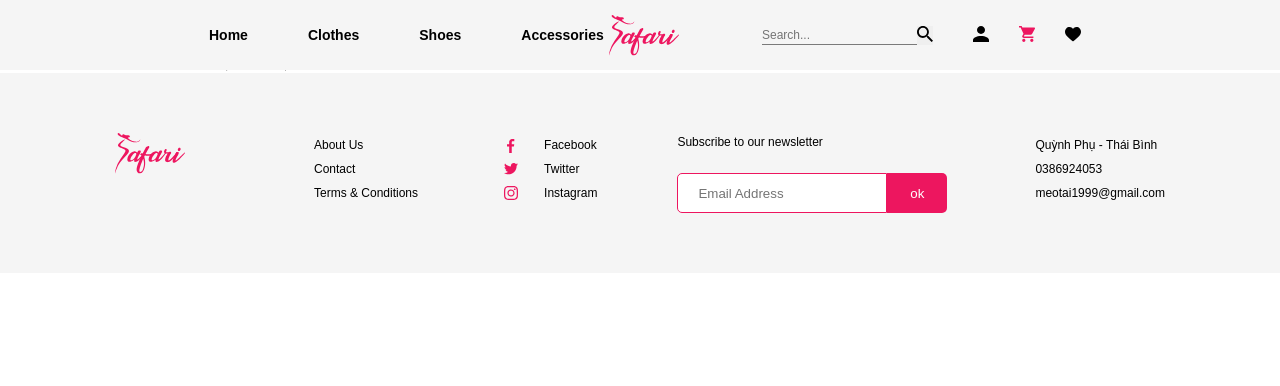
Repository: tboy1999/safari
Page: views/cart.html
These files come from the project's save history. The page is drawn as it stood at one moment and after the next save; the edit follows.
The browser window is 1280 px wide. The pictures show the whole page.
Some web libraries are served in a nearby version. The style sheet was rebuilt from its Sass, Less or Tailwind sources for each picture, by a compiler version that may differ from the author's.

Above is the page before, as saved 2022-04-28 13:10:29.

### views/cart.html
<!DOCTYPE html>
<html lang="en">
<head>
  <meta charset="UTF-8">
  <meta http-equiv="X-UA-Compatible" content="IE=edge">
  <meta name="viewport" content="width=device-width, initial-scale=1.0">
  <title>cart safari</title>
  <link rel="shortcut icon" href="./image/logo/Logo.svg" type="image/x-icon">
  <link rel="preconnect" href="https://fonts.googleapis.com">
  <link rel="preconnect" href="https://fonts.gstatic.com" crossorigin>
  <link rel="stylesheet" href="https://cdnjs.cloudflare.com/ajax/libs/font-awesome/6.1.1/css/all.min.css" integrity="sha512-KfkfwYDsLkIlwQp6LFnl8zNdLGxu9YAA1QvwINks4PhcElQSvqcyVLLD9aMhXd13uQjoXtEKNosOWaZqXgel0g==" crossorigin="anonymous" referrerpolicy="no-referrer" />
  <link rel="stylesheet" href="../css/grid.css">
  <link rel="stylesheet" href="../css/cart.css">
</head>
<body>
  <header id="header" class="header">
    <div class="container">
      <div class="header__container facenter">
        <ul class="header__list facenter fz14-fw600">
          <li class="header__item"><a href="../index.html" class="header__link">Home</a></li>
          <li class="header__item"><a href="./clothes.html" class="header__link">Clothes</a></li>
          <li class="header__item"><a href="./shoes.html" class="header__link">Shoes</a></li>
          <li class="header__item"><a href="./accessories.html" class="header__link">Accessories</a></li>
        </ul>
        <form class="header__search facenter">
          <input type="text" placeholder="Search..." class="fz12">
          <button type="submit"><img src="../image/header/search.svg" alt=""></button>
        </form>
        <div class="header__feature facenter">
          <a href="./user.html">
            <svg width="16" height="16" viewBox="0 0 16 16" fill="inherit" xmlns="http://www.w3.org/2000/svg">
            <path d="M8 0C9.06087 0 10.0783 0.421427 10.8284 1.17157C11.5786 1.92172 12 2.93913 12 4C12 5.06087 11.5786 6.07828 10.8284 6.82843C10.0783 7.57857 9.06087 8 8 8C6.93913 8 5.92172 7.57857 5.17157 6.82843C4.42143 6.07828 4 5.06087 4 4C4 2.93913 4.42143 1.92172 5.17157 1.17157C5.92172 0.421427 6.93913 0 8 0ZM8 10C12.42 10 16 11.79 16 14V16H0V14C0 11.79 3.58 10 8 10Z"/>
            </svg>
          </a>
          <a href="#" class="header__feature--active">
            <svg width="16" height="16" viewBox="0 0 16 16" fill="inherit" xmlns="http://www.w3.org/2000/svg">
              <path d="M12.8 12.8C11.912 12.8 11.2 13.512 11.2 14.4C11.2 14.8243 11.3686 15.2313 11.6686 15.5314C11.9687 15.8314 12.3757 16 12.8 16C13.2243 16 13.6313 15.8314 13.9314 15.5314C14.2314 15.2313 14.4 14.8243 14.4 14.4C14.4 13.9757 14.2314 13.5687 13.9314 13.2686C13.6313 12.9686 13.2243 12.8 12.8 12.8ZM0 0V1.6H1.6L4.48 7.672L3.392 9.632C3.272 9.856 3.2 10.12 3.2 10.4C3.2 10.8243 3.36857 11.2313 3.66863 11.5314C3.96869 11.8314 4.37565 12 4.8 12H14.4V10.4H5.136C5.08296 10.4 5.03209 10.3789 4.99458 10.3414C4.95707 10.3039 4.936 10.253 4.936 10.2C4.936 10.16 4.944 10.128 4.96 10.104L5.68 8.8H11.64C12.24 8.8 12.768 8.464 13.04 7.976L15.904 2.8C15.96 2.672 16 2.536 16 2.4C16 2.18783 15.9157 1.98434 15.7657 1.83431C15.6157 1.68429 15.4122 1.6 15.2 1.6H3.368L2.616 0H0ZM4.8 12.8C3.912 12.8 3.2 13.512 3.2 14.4C3.2 14.8243 3.36857 15.2313 3.66863 15.5314C3.96869 15.8314 4.37565 16 4.8 16C5.22435 16 5.63131 15.8314 5.93137 15.5314C6.23143 15.2313 6.4 14.8243 6.4 14.4C6.4 13.9757 6.23143 13.5687 5.93137 13.2686C5.63131 12.9686 5.22435 12.8 4.8 12.8Z"/>
            </svg>
          </a>
          <a href="#">
            <svg width="16" height="15" viewBox="0 0 16 15" fill="inherit"
            xmlns="http://www.w3.org/2000/svg">
              <path d="M14.7307 1.39307C13.9025 0.494751 12.766 0 11.5304 0C10.6068 0 9.76099 0.291992 9.01636 0.867798C8.64062 1.15845 8.30017 1.51404 8 1.92908C7.69995 1.51416 7.35938 1.15845 6.98352 0.867798C6.23901 0.291992 5.39319 0 4.4696 0C3.23401 0 2.09741 0.494751 1.26917 1.39307C0.450806 2.28088 0 3.49377 0 4.80847C0 6.16162 0.504272 7.40027 1.58691 8.70667C2.55542 9.87524 3.94739 11.0615 5.55933 12.4352C6.10974 12.9043 6.73364 13.436 7.38147 14.0024C7.55261 14.1523 7.77222 14.2349 8 14.2349C8.22766 14.2349 8.44739 14.1523 8.61829 14.0027C9.26611 13.4362 9.89038 12.9042 10.441 12.4348C12.0527 11.0614 13.4447 9.87524 14.4132 8.70654C15.4958 7.40027 16 6.16162 16 4.80835C16 3.49377 15.5492 2.28088 14.7307 1.39307Z"/>
            </svg>
          </a>
        </div>
        <div class="header__logo">
          <a href="../index.html"><img src="../image/logo/Logo.svg" alt=""></a>
        </div>
      </div>
    </div>
  </header>

  <main id="cart" class="cart">
    <div class="container">
      <h1 class="cart__heading fz24">Shopping Cart (2 item)</h1>
      <table>
        <thead>
          <tr>
            <th>ITEM DESCRIPTION</th>
            <th>QUANTITY</th>
            <th>UNIT PRICE</th>
            <th>SUB TOTAL</th>
          </tr>
        </thead>
        <tbody>
          <tr>
            <td></td>
            <td>1</td>
            <td>₦10,000</td>
            <td>₦10,000</td>
          </tr>
          <tr>
            <td></td>
            <td>1</td>
            <td>₦10,000</td>
            <td>₦10,000</td>
          </tr>
        </tbody>
      </table>
    </div>
  </main>
  <footer class="footer">
    <div class="container">
      <div class="footer__container d-flex fz12">
        <div class="footer__logo">
          <a href="../index.html"><img src="../image/logo/Logo.svg" alt=""></a>
        </div>
        <div class="footer__body d-flex gap80">
          <ul class="footer__pages">
            <li class="footer__item fz12"><a href="#">About Us</a></li>
            <li class="footer__item fz12"><a href="#">Contact</a></li>
            <li class="footer__item fz12"><a href="#">Terms & Conditions</a></li>
          </ul>
          <ul class="footer__networks">
            <li class="footer__item facenter gap20">
              <div class="footer__icon flex-center">
                <a href="#" class="facenter"><img src="../image/footer/fb.svg" alt=""></a>
              </div>
              <p><a href="#">Facebook</a></p>
            </li>
            <li class="footer__item facenter gap20">
              <div class="footer__icon flex-center">
                <a href="#" class="facenter"><img src="../image/footer/twitter.svg" alt=""></a>
              </div>
              <p><a href="#">Twitter</a></p>
            </li>
            <li class="footer__item facenter gap20">
              <div class="footer__icon flex-center">
                <a href="#" class="facenter"><img src="../image/footer/instagram.svg" alt=""></a>
              </div>
              <p><a href="#">Instagram</a></p>
            </li>
          </ul>
          <div class="footer__input">
            <p>Subscribe to our newsletter</p>
            <form action="" class="facenter footer__form">
              <input type="text" placeholder="Email Address">
              <button type="submit">ok</button>
            </form>
          </div>
        </div>
        <div class="footer__info">
          <p>Quỳnh Phụ - Thái Bình</p>
          <p>0386924053</p>
          <p>meotai1999@gmail.com</p>
        </div>
      </div>
    </div>
  </footer>
</body>
</html>

### css/grid.css
.container {
    width: 100%;
    display: block;
    padding: 0 15px;
    max-width: 1470px;
    margin: 0 auto;
}
.row {
    display: flex;
    flex-wrap: wrap;
}

.row.no-gutters {
    margin-left: 0;
    margin-right: 0;
}
.row.no-gutters .col {
    padding-left: 0;
    padding-right: 0;
}
@media screen and (max-width: 575.98px) {

    .row {
        margin-left: -4px;
        margin-right: -4px;
    }


    .col {
        padding-left: 4px;
        padding-right: 4px;
    }


    .xs-0 {
        display: none;
    }

    .xs-1 {
        flex: 0 0 8.33333%;
        max-width: 8.33333%;
    }

    .xs-2 {
        flex: 0 0 16.66667%;
        max-width: 16.66667%;
    }

    .xs-3 {
        flex: 0 0 25%;
        max-width: 25%;
    }

    .xs-4 {
        flex: 0 0 33.33333%;
        max-width: 33.33333%;
    }

    .xs-5 {
        flex: 0 0 41.66667%;
        max-width: 41.66667%;
    }

    .xs-6 {
        flex: 0 0 50%;
        max-width: 50%;
    }

    .xs-7 {
        flex: 0 0 58.33333%;
        max-width: 58.33333%;
    }

    .xs-8 {
        flex: 0 0 66.66667%;
        max-width: 66.66667%;
    }

    .xs-9 {
        flex: 0 0 75%;
        max-width: 75%;
    }

    .xs-10 {
        flex: 0 0 83.33333%;
        max-width: 83.33333%;
    }

    .xs-11 {
        flex: 0 0 91.66667%;
        max-width: 91.66667%;
    }

    .xs-12 {
        flex: 0 0 100%;
        max-width: 100%;
    }

    .xs-o-1 {
        margin-left: 8.33333%;
    }

    .xs-o-2 {
        margin-left: 16.66667%;
    }

    .xs-o-3 {
        margin-left: 25%;
    }

    .xs-o-4 {
        margin-left: 33.33333%;
    }

    .xs-o-5 {
        margin-left: 41.66667%;
    }

    .xs-o-6 {
        margin-left: 50%;
    }

    .xs-o-7 {
        margin-left: 58.33333%;
    }

    .xs-o-8 {
        margin-left: 66.66667%;
    }

    .xs-o-9 {
        margin-left: 75%;
    }

    .xs-o-10 {
        margin-left: 83.33333%;
    }

    .xs-o-11 {
        margin-left: 91.66667%;
    }
}



@media (min-width: 576px) and (max-width: 767.98px) {
    .row {
        margin-left: -6px;
        margin-right: -6px;
    }
    .col {
        padding-left: 6px;
        padding-right: 6px;
    }
    .sm-0 {
        display: none;
    }
    .sm-1,
    .sm-2,
    .sm-3,
    .sm-4,
    .sm-5,
    .sm-6,
    .sm-7,
    .sm-8,
    .sm-9,
    .sm-10,
    .sm-11,
    .sm-12 {
        display: block;
    }
    .sm-1 {
        flex: 0 0 8.33333%;
        max-width: 8.33333%;
    }
    .sm-2 {
        flex: 0 0 16.66667%;
        max-width: 16.66667%;
    }
    .sm-3 {
        flex: 0 0 25%;
        max-width: 25%;
    }
    .sm-4 {
        flex: 0 0 33.33333%;
        max-width: 33.33333%;
    }
    .sm-5 {
        flex: 0 0 41.66667%;
        max-width: 41.66667%;
    }
    .sm-6 {
        flex: 0 0 50%;
        max-width: 50%;
    }
    .sm-7 {
        flex: 0 0 58.33333%;
        max-width: 58.33333%;
    }
    .sm-8 {
        flex: 0 0 66.66667%;
        max-width: 66.66667%;
    }
    .sm-9 {
        flex: 0 0 75%;
        max-width: 75%;
    }
    .sm-10 {
        flex: 0 0 83.33333%;
        max-width: 83.33333%;
    }
    .sm-11 {
        flex: 0 0 91.66667%;
        max-width: 91.66667%;
    }
    .sm-12 {
        flex: 0 0 100%;
        max-width: 100%;
    }
    .sm-o-1 {
        margin-left: 8.33333%;
    }
    .sm-o-2 {
        margin-left: 16.66667%;
    }
    .sm-o-3 {
        margin-left: 25%;
    }
    .sm-o-4 {
        margin-left: 33.33333%;
    }
    .sm-o-5 {
        margin-left: 41.66667%;
    }
    .sm-o-6 {
        margin-left: 50%;
    }
    .sm-o-7 {
        margin-left: 58.33333%;
    }
    .sm-o-8 {
        margin-left: 66.66667%;
    }
    .sm-o-9 {
        margin-left: 75%;
    }
    .sm-o-10 {
        margin-left: 83.33333%;
    }
    .sm-o-11 {
        margin-left: 91.66667%;
    }
}

/* >= Tablet */

@media (min-width: 768px) and (max-width: 1023.98px) {
    .container {
        width: 644px;
    }
    .row {
        margin-left: -8px;
        margin-right: -8px;
    }
    .col {
        padding-left: 8px;
        padding-right: 8px;
    }
    .md-0 {
        display: none;
    }
    .md-1,
    .md-2,
    .md-3,
    .md-4,
    .md-5,
    .md-6,
    .md-7,
    .md-8,
    .md-9,
    .md-10,
    .md-11,
    .md-12 {
        display: block;
    }
    .md-1 {
        flex: 0 0 8.33333%;
        max-width: 8.33333%;
    }
    .md-2 {
        flex: 0 0 16.66667%;
        max-width: 16.66667%;
    }
    .md-3 {
        flex: 0 0 25%;
        max-width: 25%;
    }
    .md-4 {
        flex: 0 0 33.33333%;
        max-width: 33.33333%;
    }
    .md-5 {
        flex: 0 0 41.66667%;
        max-width: 41.66667%;
    }
    .md-6 {
        flex: 0 0 50%;
        max-width: 50%;
    }
    .md-7 {
        flex: 0 0 58.33333%;
        max-width: 58.33333%;
    }
    .md-8 {
        flex: 0 0 66.66667%;
        max-width: 66.66667%;
    }
    .md-9 {
        flex: 0 0 75%;
        max-width: 75%;
    }
    .md-10 {
        flex: 0 0 83.33333%;
        max-width: 83.33333%;
    }
    .md-11 {
        flex: 0 0 91.66667%;
        max-width: 91.66667%;
    }
    .md-12 {
        flex: 0 0 100%;
        max-width: 100%;
    }
    .md-o-1 {
        margin-left: 8.33333%;
    }
    .md-o-2 {
        margin-left: 16.66667%;
    }
    .md-o-3 {
        margin-left: 25%;
    }
    .md-o-4 {
        margin-left: 33.33333%;
    }
    .md-o-5 {
        margin-left: 41.66667%;
    }
    .md-o-6 {
        margin-left: 50%;
    }
    .md-o-7 {
        margin-left: 58.33333%;
    }
    .md-o-8 {
        margin-left: 66.66667%;
    }
    .md-o-9 {
        margin-left: 75%;
    }
    .md-o-10 {
        margin-left: 83.33333%;
    }
    .md-o-11 {
        margin-left: 91.66667%;
    }
}

/* > PC low resolution */

@media (min-width: 1024px) and (max-width: 1279.98px) {
    .container {
        width: 984px;
    }
    .row {
        margin-left: -12px;
        margin-right: -12px;
    }
    .col {
        padding-left: 12px;
        padding-right: 12px;
    }
    .lg-0 {
        display: none;
    }
    .lg-1,
    .lg-2,
    .lg-2-4,
    .lg-3,
    .lg-4,
    .lg-5,
    .lg-6,
    .lg-7,
    .lg-8,
    .lg-9,
    .lg-10,
    .lg-11,
    .lg-12 {
        display: block;
    }
    .lg-1 {
        flex: 0 0 8.33333%;
        max-width: 8.33333%;
    }
    .lg-2 {
        flex: 0 0 16.66667%;
        max-width: 16.66667%;
    }
    .lg-2-4 {
        flex: 0 0 20%;
        max-width: 20%;
    }
    .lg-3 {
        flex: 0 0 25%;
        max-width: 25%;
    }
    .lg-4 {
        flex: 0 0 33.33333%;
        max-width: 33.33333%;
    }
    .lg-5 {
        flex: 0 0 41.66667%;
        max-width: 41.66667%;
    }
    .lg-6 {
        flex: 0 0 50%;
        max-width: 50%;
    }
    .lg-7 {
        flex: 0 0 58.33333%;
        max-width: 58.33333%;
    }
    .lg-8 {
        flex: 0 0 66.66667%;
        max-width: 66.66667%;
    }
    .lg-9 {
        flex: 0 0 75%;
        max-width: 75%;
    }
    .lg-10 {
        flex: 0 0 83.33333%;
        max-width: 83.33333%;
    }
    .lg-11 {
        flex: 0 0 91.66667%;
        max-width: 91.66667%;
    }
    .lg-12 {
        flex: 0 0 100%;
        max-width: 100%;
    }
    .lg-o-1 {
        margin-left: 8.33333%;
    }
    .lg-o-2 {
        margin-left: 16.66667%;
    }
    .lg-o-3 {
        margin-left: 25%;
    }
    .lg-o-4 {
        margin-left: 33.33333%;
    }
    .lg-o-5 {
        margin-left: 41.66667%;
    }
    .lg-o-6 {
        margin-left: 50%;
    }
    .lg-o-7 {
        margin-left: 58.33333%;
    }
    .lg-o-8 {
        margin-left: 66.66667%;
    }
    .lg-o-9 {
        margin-left: 75%;
    }
    .lg-o-10 {
        margin-left: 83.33333%;
    }
    .lg-o-11 {
        margin-left: 91.66667%;
    }
}


@media (min-width: 1280px) and (max-width: 1535.98px) {
    .container {
        width: 1200px;
    }
    .row {
        margin-left: -12px;
        margin-right: -12px;
    }
    .col {
        padding-left: 12px;
        padding-right: 12px;
    }
    .xl-0 {
        display: none;
    }
    .xl-1,
    .xl-2,
    .xl-2-4,
    .xl-3,
    .xl-4,
    .xl-5,
    .xl-6,
    .xl-7,
    .xl-8,
    .xl-9,
    .xl-10,
    .xl-11,
    .xl-12 {
        display: block;
    }
    .xl-1 {
        flex: 0 0 8.33333%;
        max-width: 8.33333%;
    }
    .xl-2 {
        flex: 0 0 16.66667%;
        max-width: 16.66667%;
    }
    .xl-2-4 {
        flex: 0 0 20%;
        max-width: 20%;
    }
    .xl-3 {
        flex: 0 0 25%;
        max-width: 25%;
    }
    .xl-4 {
        flex: 0 0 33.33333%;
        max-width: 33.33333%;
    }
    .xl-5 {
        flex: 0 0 41.66667%;
        max-width: 41.66667%;
    }
    .xl-6 {
        flex: 0 0 50%;
        max-width: 50%;
    }
    .xl-7 {
        flex: 0 0 58.33333%;
        max-width: 58.33333%;
    }
    .xl-8 {
        flex: 0 0 66.66667%;
        max-width: 66.66667%;
    }
    .xl-9 {
        flex: 0 0 75%;
        max-width: 75%;
    }
    .xl-10 {
        flex: 0 0 83.33333%;
        max-width: 83.33333%;
    }
    .xl-11 {
        flex: 0 0 91.66667%;
        max-width: 91.66667%;
    }
    .xl-12 {
        flex: 0 0 100%;
        max-width: 100%;
    }
    .xl-o-1 {
        margin-left: 8.33333%;
    }
    .xl-o-2 {
        margin-left: 16.66667%;
    }
    .xl-o-3 {
        margin-left: 25%;
    }
    .xl-o-4 {
        margin-left: 33.33333%;
    }
    .xl-o-5 {
        margin-left: 41.66667%;
    }
    .xl-o-6 {
        margin-left: 50%;
    }
    .xl-o-7 {
        margin-left: 58.33333%;
    }
    .xl-o-8 {
        margin-left: 66.66667%;
    }
    .xl-o-9 {
        margin-left: 75%;
    }
    .xl-o-10 {
        margin-left: 83.33333%;
    }
    .xl-o-11 {
        margin-left: 91.66667%;
    }
}

@media (min-width: 1536px) {
    .container {
        width: 1440px;
    }
    .row {
        margin-left: -25px;
        margin-right: -25px;
    }
    .col {
        padding-left: 25px;
        padding-right: 25px;
    }
    .xxl-0 {
        display: none;
    }
    .xxl-1,
    .xxl-2,
    .xxl-2-4,
    .xxl-3,
    .xxl-4,
    .xxl-5,
    .xxl-6,
    .xxl-7,
    .xxl-8,
    .xxl-9,
    .xxl-10,
    .xxl-11,
    .xxl-12 {
        display: block;
    }
    .xxl-1 {
        flex: 0 0 8.33333%;
        max-width: 8.33333%;
    }
    .xxl-2 {
        flex: 0 0 16.66667%;
        max-width: 16.66667%;
    }
    .xxl-2-4 {
        flex: 0 0 20%;
        max-width: 20%;
    }
    .xxl-3 {
        flex: 0 0 25%;
        max-width: 25%;
    }
    .xxl-4 {
        flex: 0 0 33.33333%;
        max-width: 33.33333%;
    }
    .xxl-5 {
        flex: 0 0 41.66667%;
        max-width: 41.66667%;
    }
    .xxl-6 {
        flex: 0 0 50%;
        max-width: 50%;
    }
    .xxl-7 {
        flex: 0 0 58.33333%;
        max-width: 58.33333%;
    }
    .xxl-8 {
        flex: 0 0 66.66667%;
        max-width: 66.66667%;
    }
    .xxl-9 {
        flex: 0 0 75%;
        max-width: 75%;
    }
    .xxl-10 {
        flex: 0 0 83.33333%;
        max-width: 83.33333%;
    }
    .xxl-11 {
        flex: 0 0 91.66667%;
        max-width: 91.66667%;
    }
    .xxl-12 {
        flex: 0 0 100%;
        max-width: 100%;
    }
    .xxl-o-1 {
        margin-left: 8.33333%;
    }
    .xxl-o-2 {
        margin-left: 16.66667%;
    }
    .xxl-o-3 {
        margin-left: 25%;
    }
    .xxl-o-4 {
        margin-left: 33.33333%;
    }
    .xxl-o-5 {
        margin-left: 41.66667%;
    }
    .xxl-o-6 {
        margin-left: 50%;
    }
    .xxl-o-7 {
        margin-left: 58.33333%;
    }
    .xxl-o-8 {
        margin-left: 66.66667%;
    }
    .xxl-o-9 {
        margin-left: 75%;
    }
    .xxl-o-10 {
        margin-left: 83.33333%;
    }
    .xxl-o-11 {
        margin-left: 91.66667%;
    }
}

### scss/cart.scss
@import 'reset';
@import 'variable';
@import 'global';
@import 'alike';
@import 'header';
@import 'footer';

### scss/_reset.scss
* {
  padding: 0;
  margin: 0;
  box-sizing: border-box;
}

html:focus-within {
  scroll-behavior: smooth;
}

a,
button {
  display: block;
  outline: none;
  border: none;
  text-decoration: none;
  color: inherit;
  cursor: pointer;
}

input {
  outline: none;
}

ul {
  list-style-type: none;
}

// img {
//   width: 100%;
//   height: 100%;
//   object-fit: cover;
// }

### scss/_variable.scss
$text-color: #686868;
$primary-color: #ED165F;

$header-background-color: #F5F5F5;
$footer-background-color: #F5F5F5;

### scss/_global.scss
html {
  font-size: 10px;
  line-height: 1;
  scroll-behavior: smooth !important;
}

body {
  font-family: 'Mulish', sans-serif;
}

body .auto-top {
  display: none;
  position: fixed;
  right: 50px;
  top: 50%;
  width: 60px;
  height: 50px;
  border: 1px solid #000000;
  border-radius: 5px;
  animation: autoTop 2s ease-in-out;
  animation-iteration-count: infinite;
}
@keyframes autoTop {
  from {
    transform: translateY(0)
  }
  to {
    transform: translateY(-20px)
  }
}

.facenter {
  display: flex;
  align-items: center;
}

.facb {
  display:flex;
  justify-content: space-between;
  align-items: center;
}

.flex-center {
  display: flex;
  justify-content: center;
  align-items: center;
}

.d-flex {
  display: flex;
  flex-wrap: wrap;
}

.flex-column {
  display: flex;
  flex-direction: column;
}

.gap64 {
  gap: 64px 0
}

.gap80 {
  gap: 0 80px
}

.gap20 {
  gap: 0 20px
}

.gap16 {
  gap: 16px
}
.gap8 {
  gap: 8px
}

### scss/_alike.scss
.fz40 {
  font-weight: 700;
  font-size: 4rem;
  line-height: calc(24/40);
}

.fz30 {
  font-weight: 600;
  font-size: 30px;
}


.fz24 {
  font-weight: 400;
  font-size: 2.4rem;
  line-height: calc(35/24);
}

.fz20 {
  font-weight: 400;
  font-size: 2rem;
  line-height: calc(23/20);
  &-fw800 {
    font-weight: 800;
    font-size: 2rem;
    line-height: calc(23/20);
  }
}

.fz18 {
  font-weight: 800;
  font-size: 1.8rem;
  line-height: calc(24/18);
}

.fz16 {
  font-weight: 600;
  font-size: 1.6rem;
  line-height: calc(18/16);
  color: $text-color;
}

.fz14 {
  font-weight: 400;
  font-size: 1.4rem;
  line-height: calc(18/14);
  &-fw600 {
    font-weight: 600;
    font-size: 1.4rem;
    line-height: calc(18/14);
  }
}

.fz12 {
  font-weight: 400;
  font-size: 1.2rem;
  line-height: calc(18/12);
}

.fz10 {
  font-weight: 700;
  font-size: 1rem;
  line-height: calc(18/10);
}

### scss/_header.scss
.header {
  position: fixed;
  top: 0;
  left: 0;
  right: 0;
  z-index: 99999;
  background-color: $header-background-color;
  &__container {
    height: 70px;
    padding: 0 144px;
  }
  &__list {
    gap: 0 40px;
    flex: 1
  }
  &__search {
    input {
      border:none;
      border-bottom: 1px solid rgba(0, 0, 0, 0.5);
      color: rgba(0, 0, 0, 0.5);
      background-color: inherit;
    }
  }
  &__link {
    padding: 6px 10px;
    transition: all 0.2s linear;
    position: relative;
    &::after {
      content: "";
      position: absolute;
      width: 0;
      left: auto;
      right: 0;
      bottom: 0;
      height: 1px;
      transition: all 0.2s linear;
      background-color: red;
    }
    &:hover {
      color: $primary-color;
      &::after {
        width: 100%;
        right: auto;
        left: 0
      }
    }
    &.header__item--active {
      color: $primary-color;
      font-weight: 800;
      &::after {
        width: 100%;
      }
    }
  }
  &__feature {
    gap: 0 30px;
    margin-left: 40px;
    .header__feature--active {
      fill: $primary-color;
    }
  }
  &__logo {
    position: absolute;
    left: 47.57%;
    right: 47.57%;
    top: 21.43%;
    bottom: 20.93%;
  }
}

### scss/_footer.scss
.footer {
  background-color: $footer-background-color;
  &__container {
    padding: 60px;
  }
  &__pages {
    margin-left: 129px;
    a {
      padding: 3px 0;
    }
  }
  &__networks {
    a {
      padding: 3px 0
    }
  }
  &__icon {
    width: 26px
  }
  &__body {
    flex: 1
  }
  &__form {
    margin-top: 22px;
    width: 270px;
    height: 40px;
    border-radius: 5px;
    input {
      border: 1px solid $primary-color;
      padding: 0 0 0 20px;
      height: inherit;
      flex: 1;
      border-top-left-radius: 5px;
      border-bottom-left-radius: 5px;
    }
    button {
      width: 60px;
      height: inherit;
      background-color: $primary-color;
      color: #fff;
      border-top-right-radius: 5px;
      border-bottom-right-radius: 5px;
    }
  }
  &__info {
    p {
      padding: 3px 0
    }
  }
}

After the next save:
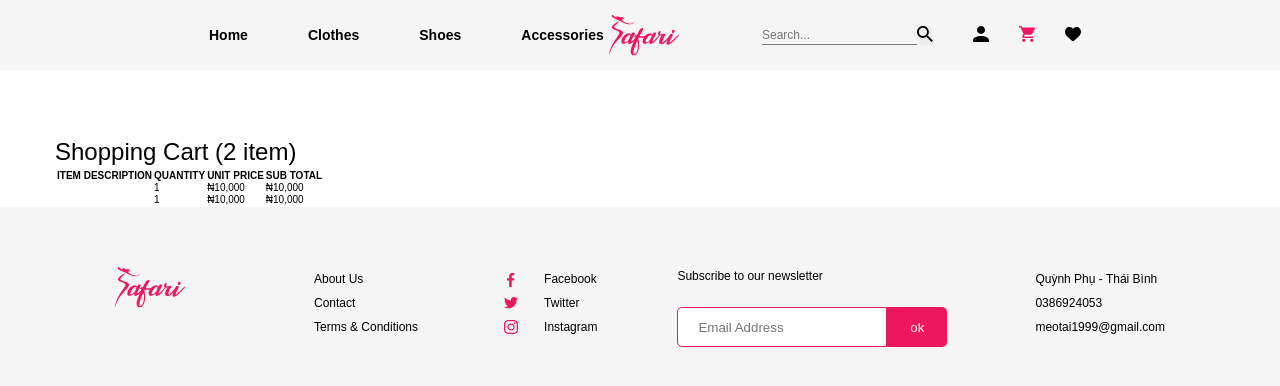
Saved 37 s later.
--- a/scss/cart.scss
+++ b/scss/cart.scss
@@ -4,3 +4,7 @@
 @import 'alike';
 @import 'header';
 @import 'footer';
+
+.cart {
+  margin-top: 134px;
+}
